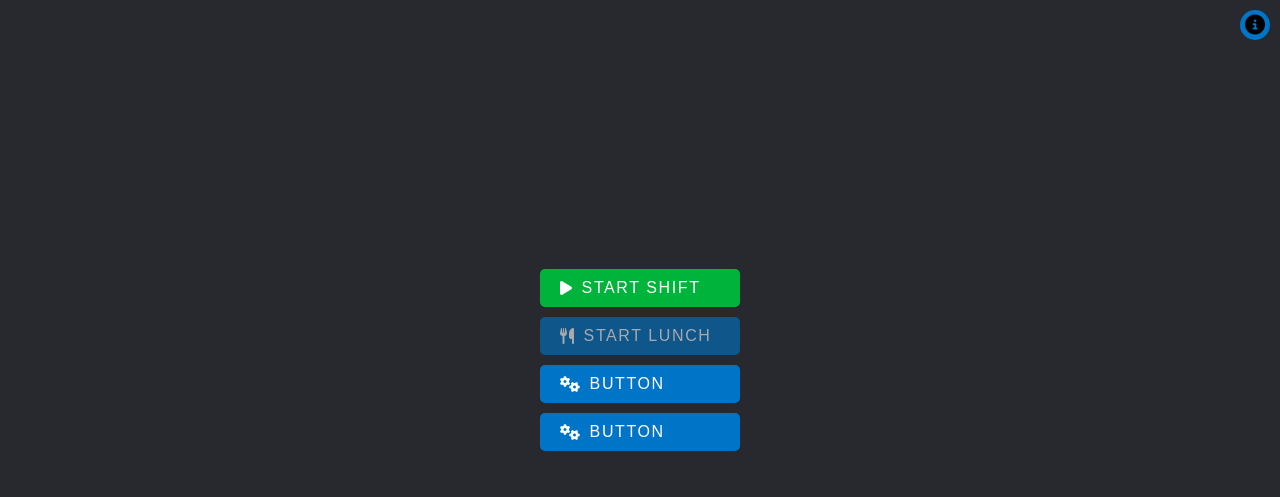
Repository: Philip-Rogers/button-state
Page: experiment.html
The author's editor kept a copy of each file at every save. The page is drawn from the files as they stood at one save, then again after the next save.
The browser window is 1280 px wide. The pictures show the whole page.

Above is the page before, as saved 2024-08-14 20:43:40.

After the next save:
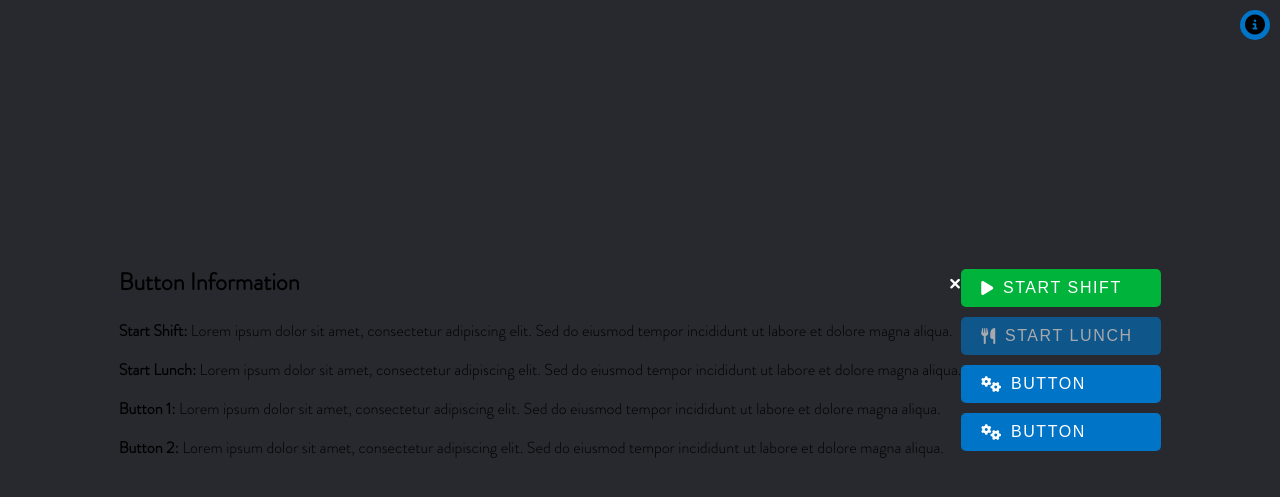
Saved 29 s later.
--- a/experiment.html
+++ b/experiment.html
@@ -40,35 +40,7 @@
         }
 
 
-        /* Modal styles */
-        .modal {
-            display: none;
-            /* Hidden by default */
-            position: fixed;
-            z-index: 1;
-            left: 50%;
-            top: 50%;
-            transform: translate(-50%, -50%);
-            width: 60%;
-            /* Set width as a percentage of the viewport */
-            aspect-ratio: 16 / 9;
-            /* Enforce a 16:9 aspect ratio */
-            background-color: hsl(225, 9%, 22%);
-            padding: 2em;
-            /* Adjust padding as needed */
-            border-radius: 20px;
-        }
 
-        #layer {
-            background-color: hsl(205, 100%, 39%);
-            margin: auto;
-            padding: 2em;
-            border-radius: 20px;
-            height: 100%;
-            /* Ensure it fills the modal */
-        }
-
-        .modal-content {
             background-color: hsl(225, 9%, 22%);
             color: hsl(354, 70%, 100%);
             margin: auto;

After the 3 saves that followed:
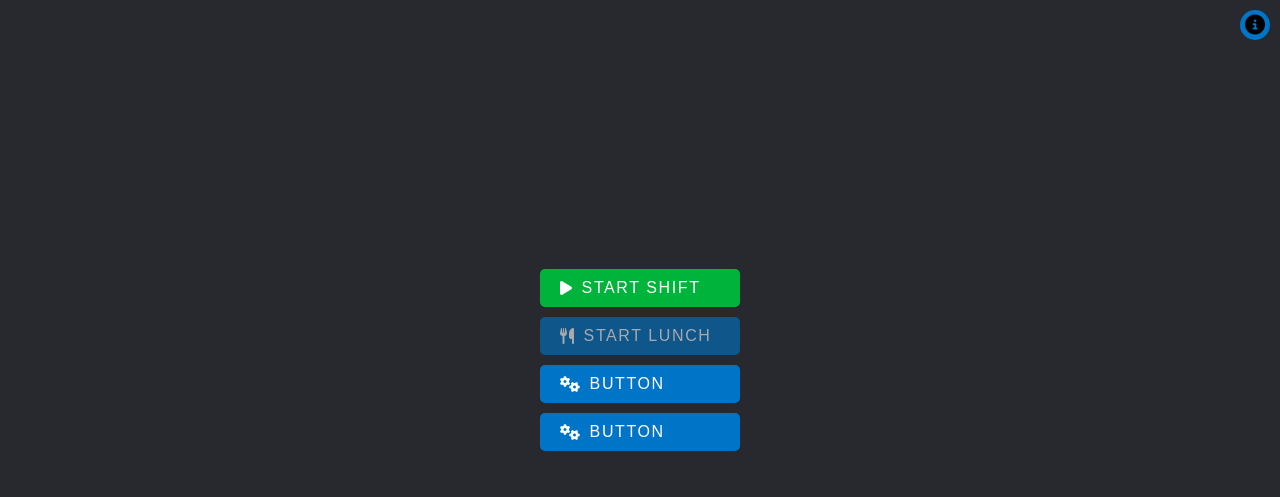
The 3 saves are shown as one change because they came seconds apart.
The last was saved 11 s later.
--- a/experiment.html
+++ b/experiment.html
@@ -41,13 +41,40 @@
 
 
 
+        /* Modal styles */
+        .modal {
+            display: none;
+            position: fixed;
+            z-index: 1;
+            left: 50%;
+            top: 50%;
+            transform: translate(-50%, -50%);
+            width: 60%;
+            aspect-ratio: 16 / 9;
+            /* Enforce a 16:9 aspect ratio */
+            background-color: hsl(225, 9%, 22%);
+            border-radius: 20px;
+        }
+
+        #layer {
+            background-color: hsl(205, 100%, 39%);
+            margin: auto;
+            border-radius: 20px;
+            height: 100%;
+            /* Ensure it fills the modal */
+        }
+
+        .modal-content {
             background-color: hsl(225, 9%, 22%);
             color: hsl(354, 70%, 100%);
             margin: auto;
-            padding: 1.75em;
+            padding: 1em;
+            /* Adjust padding for the content inside the modal */
             border-radius: 20px;
             height: 100%;
-            /* Ensure it fills the modal */
+            /* Ensure it fills the layer */
+            box-sizing: border-box;
+            /* Ensure padding doesn't affect height */
         }
     </style>
 </head>
